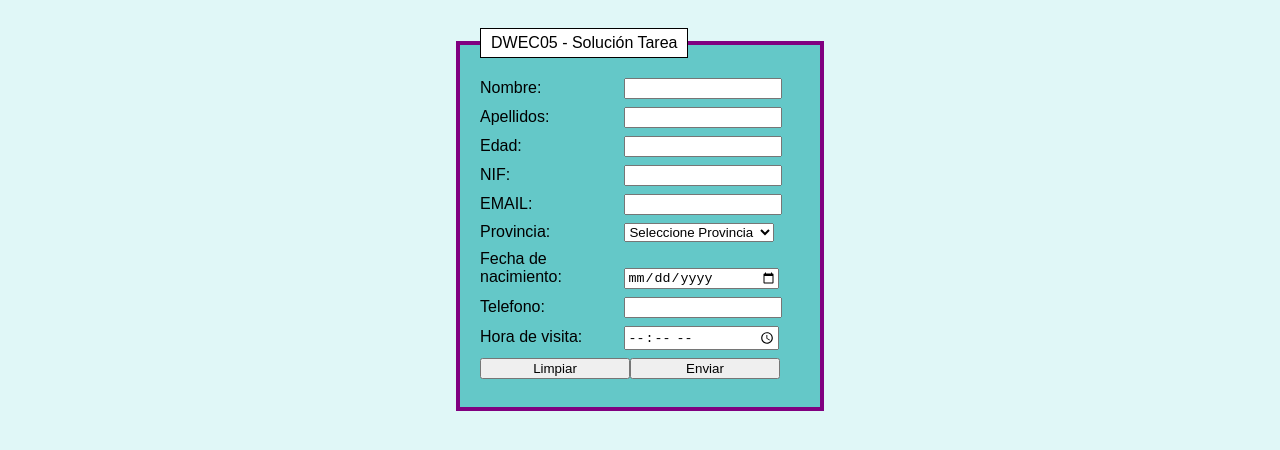
Repository: KoTvTrysaX01/2DAW-Desarrollo-WEB-en-Entorno-Cliente
Page: JAVASCRIPT/UD2/practica5/Actividad2/index.html
These files come from the project's save history. The page is drawn as it stood at one moment and after the next save; the edit follows.
The browser window is 1280 px wide. The pictures show the whole page.

Above is the page before, as saved 2025-11-01 18:47:55.
Console error: TypeError: Cannot read properties of null (reading 'addEventListener')

After the next save:
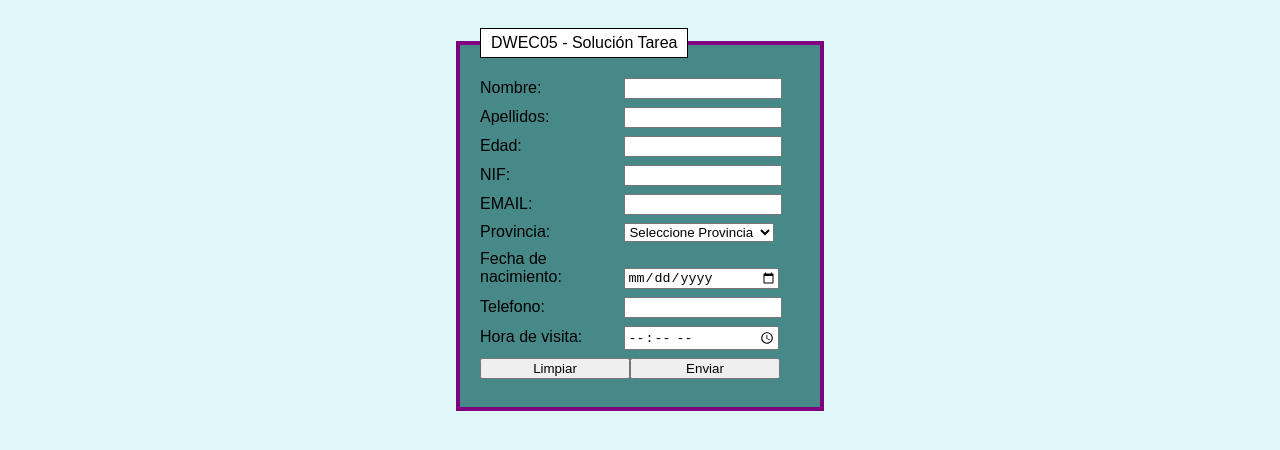
Saved 36 s later.
--- a/JAVASCRIPT/UD2/practica5/Actividad2/style.css
+++ b/JAVASCRIPT/UD2/practica5/Actividad2/style.css
@@ -7,7 +7,7 @@
 }
 
 fieldset {
-  background-color: #64c8c8;
+  background-color: #478888;
   border: 4px solid purple;
   padding: 20px;
   width: 320px;
